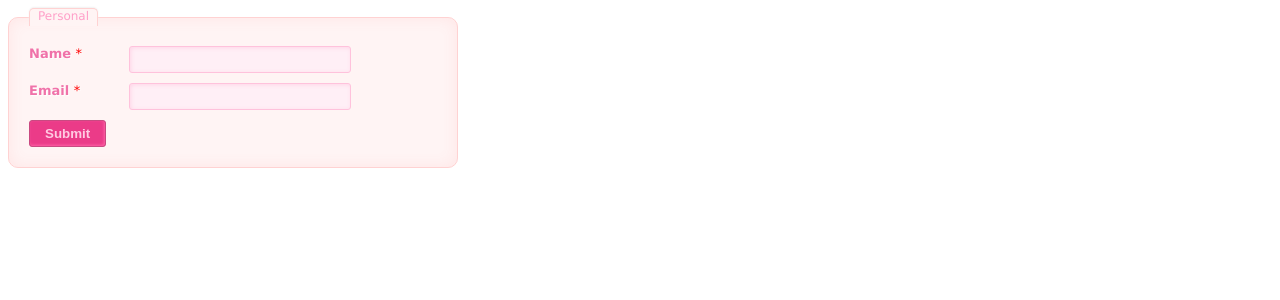
Repository: prm2711/javaapps
Page: eclipse-workspace/ResponsiveApp/WebContent/index.html
An editor plug-in stored every save of this project. The page is shown before and after the next save, followed by the edit.
The browser window is 1280 px wide. The pictures show the whole page.

Above is the page before, as saved 2018-01-25 07:31:48.

After the next save:
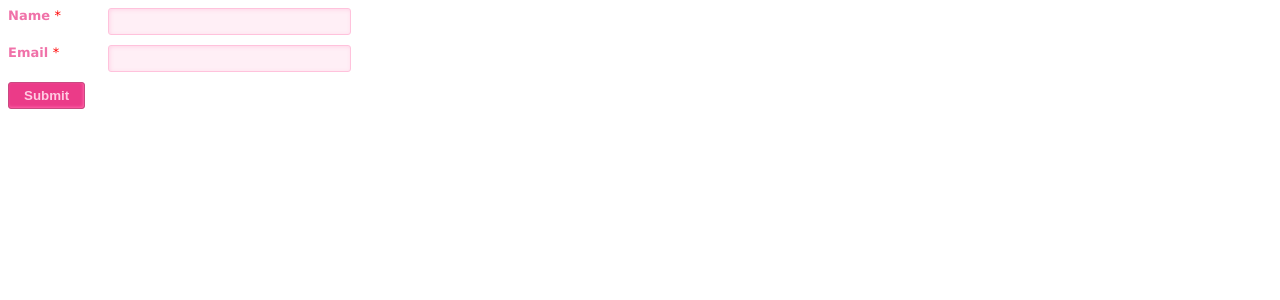
Saved 68 s later.
--- a/eclipse-workspace/ResponsiveApp/WebContent/index.html
+++ b/eclipse-workspace/ResponsiveApp/WebContent/index.html
@@ -8,15 +8,13 @@
 <body>
 	<div class="form-style-3">
 		<form>
-			<fieldset>
-				<legend>Personal</legend>
+
 				<label for="field1"><span>Name <span class="required">*</span></span><input
 					type="text" class="input-field" name="field1" value="" /></label> <label
 					for="field2"><span>Email <span class="required">*</span></span><input
 					type="email" class="input-field" name="field2" value="" /></label>
 				<input
 					type="submit" value="Submit" /></label>
-			</fieldset>
 		</form>
 	</div>
 </body>
